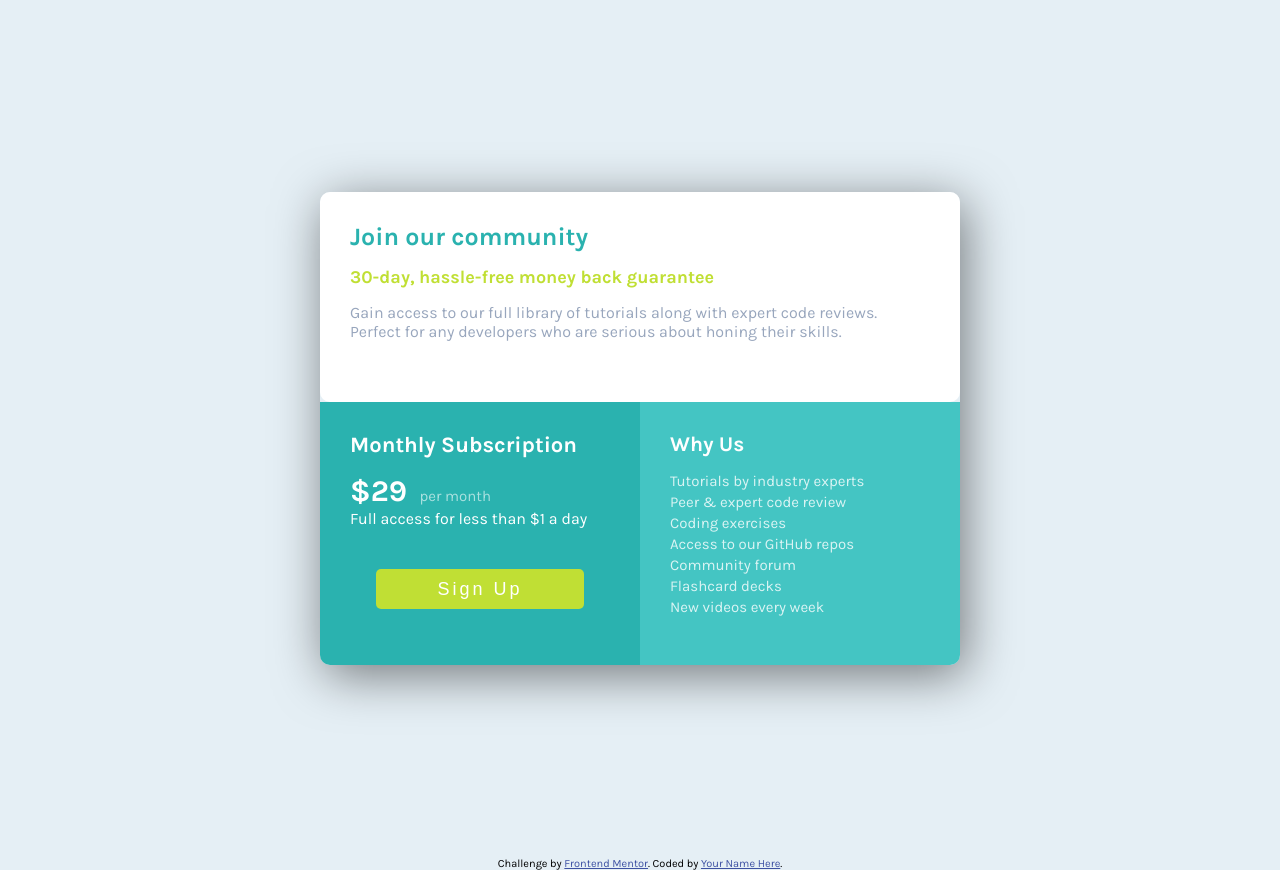
Repository: Pedrohamoura-Git/Frontend-Mentor-Challenges
Page: Newbie/single-price-grid-component-master/index.html
The author's editor kept a copy of each file at every save. The page is drawn from the files as they stood at one save, then again after the next save.
The browser window is 1280 px wide. The pictures show the whole page.

Above is the page before, as saved 2021-05-31 16:02:08.

### Newbie/single-price-grid-component-master/index.html
<!DOCTYPE html>
<html lang="en">
<head>
  <meta charset="UTF-8">
  <meta name="viewport" content="width=device-width, initial-scale=1.0"> <!-- displays site properly based on user's device -->

  <link rel="stylesheet" href="css/style.css">
  <title>Frontend Mentor | Single Price Grid Component</title>

  <!-- Feel free to remove these styles or customise in your own stylesheet 👍 -->
  <style>
    .attribution { font-size: 11px; text-align: center; }
    .attribution a { color: hsl(228, 45%, 44%); }
  </style>
</head>
<body>
  <div id="wrapper">
    <header id="card1">
      <h1>Join our community</h1>
      <h2>30-day, hassle-free money back guarantee</h2>
      <p>Gain access to our full library of tutorials along with expert code reviews. Perfect for any developers who are serious about honing their skills.</p>
    </header>

    <div id="columns">
      <div id="card2">
        <h2>Monthly Subscription</h2>
        <h3 class="price">&dollar;29</h3>
        <span>per month</span>
        <p>Full access for less than &dollar;1 a day</p>

        <form action="#">
          <input type="submit" value="Sign Up" name="Sign Up" id="signup">
          </input>
        </form>
      </div>

      <div id="card3">
        <h2>Why Us</h2>
        <p>Tutorials by industry experts<br>
          Peer &amp; expert code review<br>
          Coding exercises<br>
          Access to our GitHub repos<br>
          Community forum<br>
          Flashcard decks<br>
          New videos every week</p>
      </div>
    </div>

  </div>








  <footer>
    <p class="attribution">
      Challenge by <a href="https://www.frontendmentor.io?ref=challenge" target="_blank">Frontend Mentor</a>.
      Coded by <a href="#">Your Name Here</a>.
    </p>
  </footer>
</body>
</html>

### Newbie/single-price-grid-component-master/css/style.css
/*
** Core Formatting
*/
    @import url('https://fonts.googleapis.com/css2?family=Karla:wght@400;700&display=swap');

    * {
        padding: 0;
        margin: 0;
        box-sizing: border-box;
    }

    html {
        font-size: 62.5%;
    }

    body {
        background-color: hsl(204, 43%, 93%);
        font-family: Karla;
    }


/*
** Mobile - Wrapper
*/
    #wrapper {
        border-radius: 1rem;
        box-shadow: 5px 10px 50px rgba(0, 0, 0, .5);
        display: grid;
        grid-template-rows: repeat(auto-fit, minmax(200px, 1fr));
        margin: 15% auto;
        width: 90%;

        /* border: 1px solid red; */
    }

    #card1, #card2, #card3 {
        padding: 1.5rem;
        min-height: 210px;
    }

    /*
    ** Card 1
    */
        #card1 {
            background-color: white;
            border-radius: 1rem;
        }

        #card1 h1 {
            color: hsl(179, 62%, 43%);
            font-size: 2.5rem;
            margin-bottom: 1.5rem;
        }

        #card1 h2 {
            color: hsl(71, 73%, 54%);
            font-size: 1.8rem;
            margin-bottom: 1.5rem;
        }

        #card1 p {
            margin-bottom: 1.5rem;
            color: hsl(218, 22%, 67%);
            font-size: 1.6rem;
            margin-bottom: 1.5rem;
        }



    /*
    ** Card 2
    */
        #card2 {
            color: white;
            background-color: hsl(179, 62%, 43%);
        }

        #card2 h2 {
            font-size: 2.2rem;
            margin-bottom: 1.5rem;
        }

        #card2 h3.price {
            display: inline;
            font-size: 3rem;
            font-weight: 700;
            margin-bottom: 1.5rem;
        }

        #card2 span {
            font-size: 1.5rem;
            margin-left: 1rem;
            margin-bottom: 1rem;
            opacity: 60%;
        }

        #card2 p {
            font-size: 1.6rem;
            margin-bottom: 1.5rem;
        }

        #card2 form input {
            background-color: hsl(71, 73%, 54%);
            border: none;
            border-radius: .5rem;
            color: white;
            font-size: 1.8rem;
            letter-spacing: .3rem;
            margin: 10%;
            width: 80%;
            height: 4rem;

        }

        #card2 input:hover, input:active {
            background-color: hsl(71, 93%, 62%);
            color: hsl(179, 62%, 43%);
        }





        #card3 {
            background-color: hsl(179, 53%, 52%);
            border-bottom-left-radius: 1rem;
            border-bottom-right-radius: 1rem;
            color: white;
        }

        #card3 h2 {
            font-size: 2.1rem;
            margin-bottom: 1.5rem;
        }

        #card3 p {
            font-size: 1.5rem;
            line-height: 2.1rem;
            opacity: 80%;
        }


    /*
    ** Tablets & Desktops
    */
        @media (min-width: 600px) {
            #wrapper {
                display: block;
                max-width: 640px;

                /* border: 1px solid red; */
            }

            #columns {
                display: grid;
                grid-template-columns: repeat(auto-fit, minmax(50%, 1fr));
            }

            #card1 {
                padding: 3rem;
            }

            #card2 {
                border-bottom-left-radius: 1rem;
                padding: 3rem;

            }

            #card3 {
                border-bottom-left-radius: 0;
                padding: 3rem;
            }

        }

After the next save:
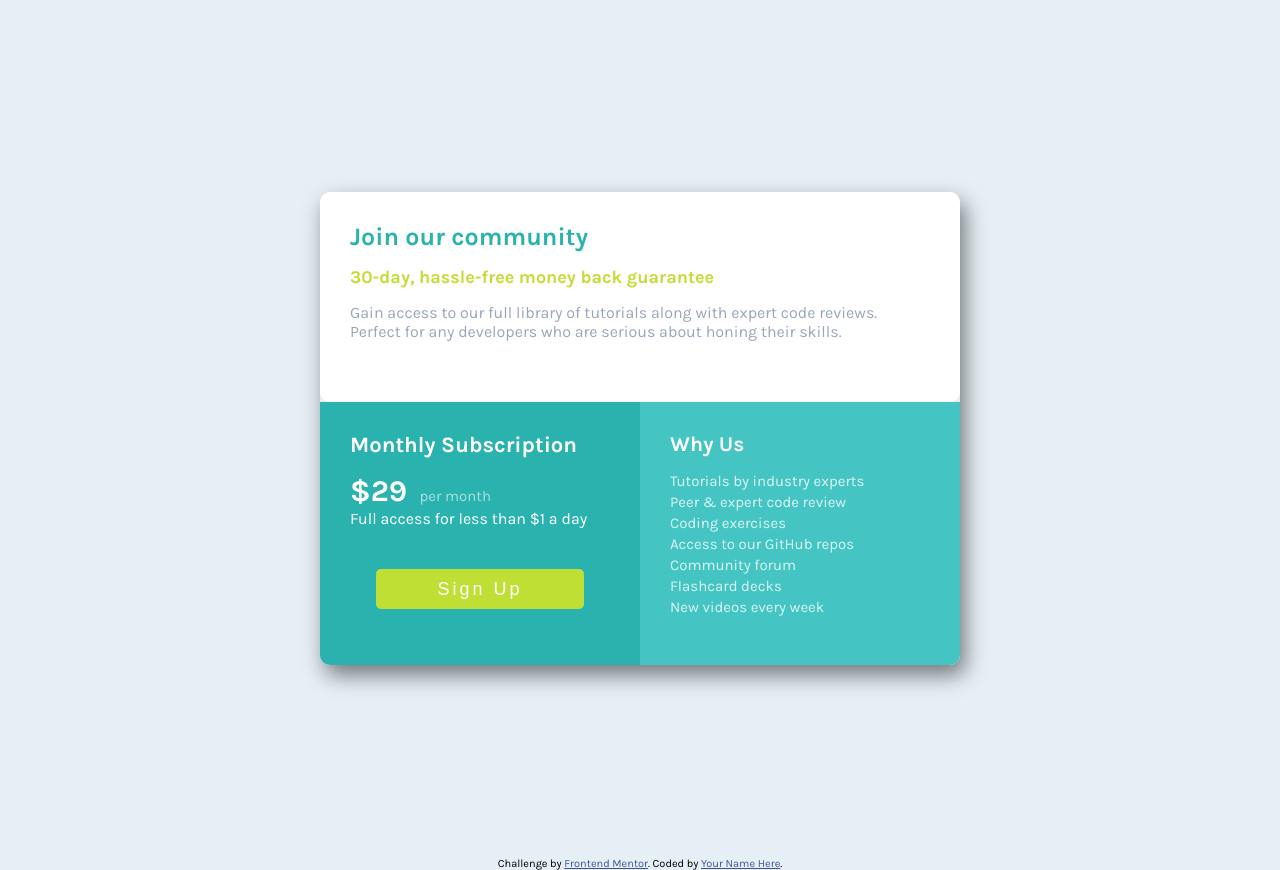
Saved 4 s later.
--- a/Newbie/single-price-grid-component-master/css/style.css
+++ b/Newbie/single-price-grid-component-master/css/style.css
@@ -24,7 +24,7 @@
 */
     #wrapper {
         border-radius: 1rem;
-        box-shadow: 5px 10px 50px rgba(0, 0, 0, .5);
+        box-shadow: 5px 10px 21px rgba(0, 0, 0, .5);
         display: grid;
         grid-template-rows: repeat(auto-fit, minmax(200px, 1fr));
         margin: 15% auto;
